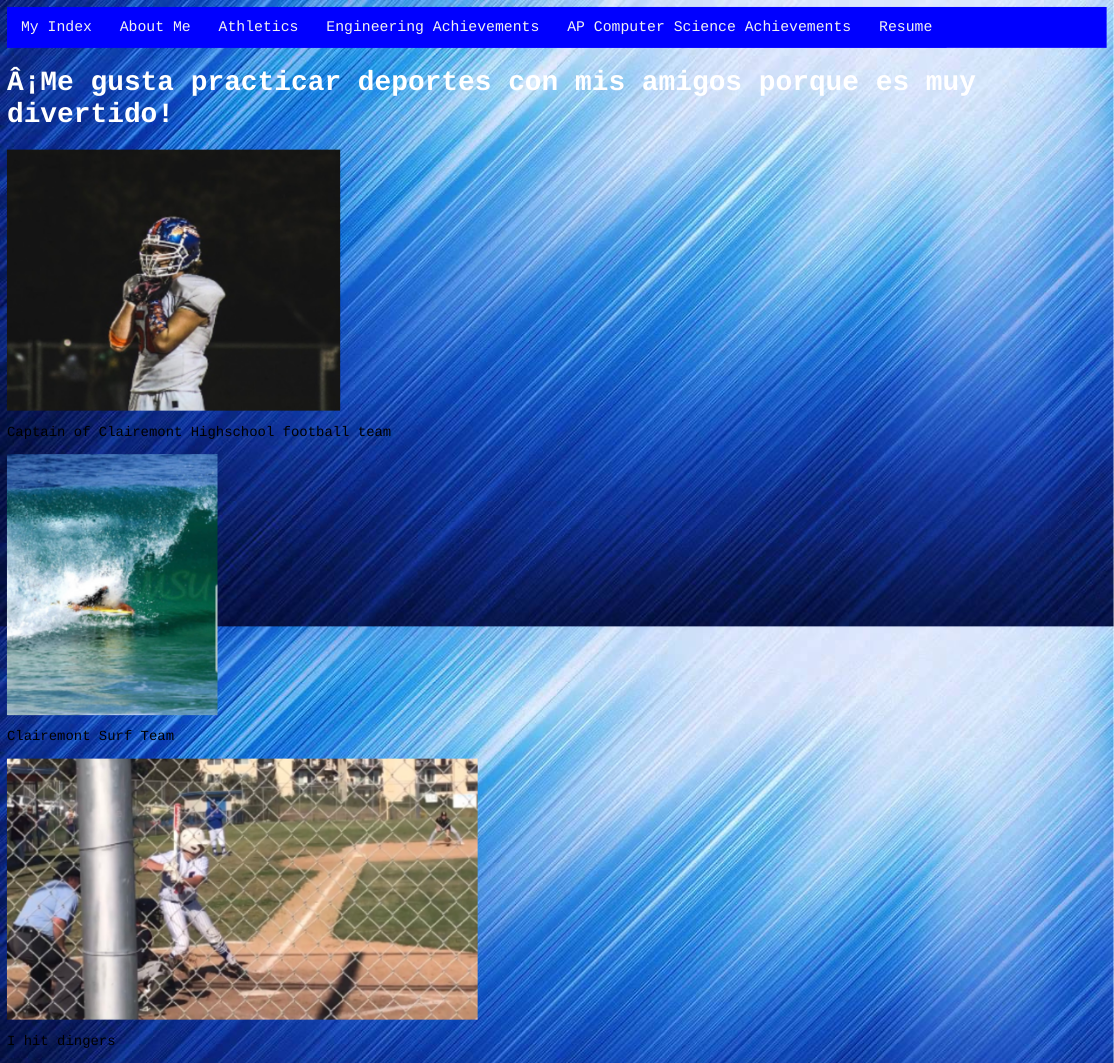
Repository: jacobsirois/jacobsirois.github.io
Page: athletics.html
The author's editor kept a record of every edit. The page is drawn from the files as they stood at one moment, then again after the next edit.
The browser window is 1280 px wide. The pictures show the whole page, at 87% of full size.
Backgrounds fixed to the window are drawn as part of the page.

Above is the page before.
Not found: index.css

### athletics.html
<html>
<head>
<title>Page Title</title>
</head>
<body>

<title>
"About Me"
<meta charset="utf-8">
</title>
<link href="index.css" rel="stylesheet" type="text/css">
<meta name="viewport" content="width=device-width, initial-scale=1">
<link rel="stylesheet" href="https://cdnjs.cloudflare.com/ajax/libs/font-awesome/4.7.0/css/font-awesome.min.css">

<style>
body {
  font-family: courier;
}

.topnav {
  overflow: hidden;
  background-color: blue;
}

.topnav a {
  float: left;
  display: block;
  background-color: blue;
  color: #f2f2f2;
  text-align: center;
  padding: 14px 16px;
  text-decoration: none;
  font-size: 17px;
}

.topnav a:hover {
  background-color: #ddd;
  color: black;
}

.active {
  background-color: #ff66a3;
  color: white;
}

.topnav .icon {
  display: none;
}

@media screen and (max-width: 600px) {
  .topnav a:not(:first-child) {display: none;}
  .topnav a.icon {
    float: right;
    display: block;
  }
}

@media screen and (max-width: 600px) {
  .topnav.responsive {position: relative;}
  .topnav.responsive .icon {
    position: absolute;
    right: 0;
    top: 0;
  }
  .topnav.responsive a {
    float: none;
    display: block;
    text-align: left;
  }
}
</style>

<div class="topnav" id="myTopnav">
  <a href="index.html" class="active">My Index</a>
  <a href="aboutme.html">About Me</a>
  <a href="athletics.html">Athletics</a>
  <a href="engineering.html">Engineering Achievements</a>
  <a href="compsci.html">AP Computer Science Achievements</a>
  <a href="resume.html">Resume</a>
  <a href="javascript:void(0);" class="icon" onclick="myFunction()">
    <i class="fa fa-bars"></i>
  </a>
</div>

<script>
function myFunction() {
    var x = document.getElementById("myTopnav");
    if (x.className === "topnav") {
        x.className += " responsive";
    } else {
        x.className = "topnav";
    }
}
</script>

<style>
body {
  background-image: url('anotha background.jpg');
  background-repeat: no-repeat;
  background-attachment: fixed;
  background-size: 100% 100%;
}
</style>

<h1 style="color:White;">¡Me gusta practicar deportes con mis amigos porque es muy divertido!</h1>

<img src="images/football.jpg" alt="my avatar">
<p>Captain of Clairemont Highschool football team</p>
<img src="images/gnar.jpg" alt="my avatar">
<p>Clairemont Surf Team</p>
<img src="images/baseball.jpg" alt="my avatar">
<p>I hit dingers</p>
</body>
</html>

After the next edit:
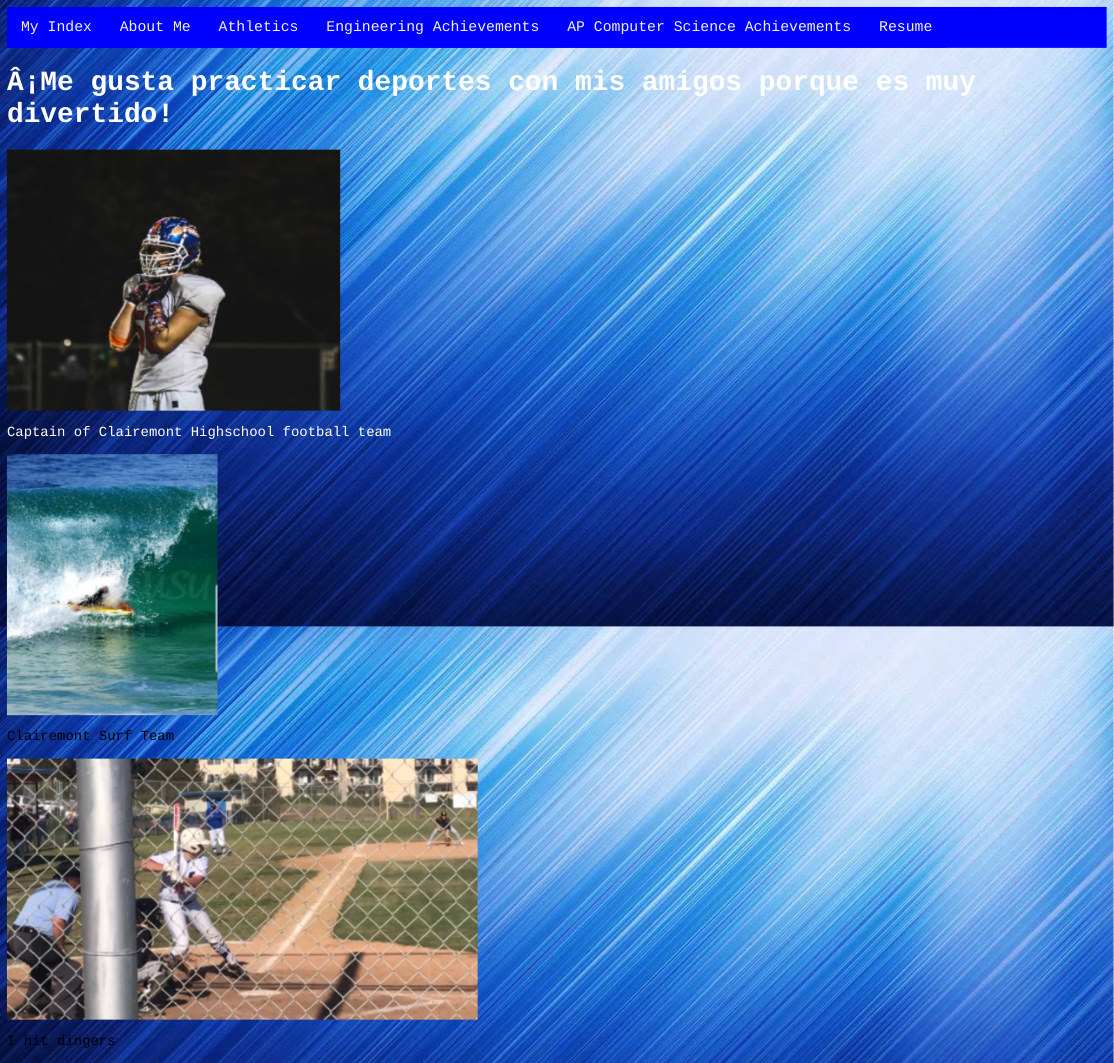
The edit:
--- a/athletics.html
+++ b/athletics.html
@@ -105,7 +105,7 @@
 <h1 style="color:White;">¡Me gusta practicar deportes con mis amigos porque es muy divertido!</h1>
 
 <img src="images/football.jpg" alt="my avatar">
-<p>Captain of Clairemont Highschool football team</p>
+<p style="color:White;">Captain of Clairemont Highschool football team</p>
 <img src="images/gnar.jpg" alt="my avatar">
 <p>Clairemont Surf Team</p>
 <img src="images/baseball.jpg" alt="my avatar">
